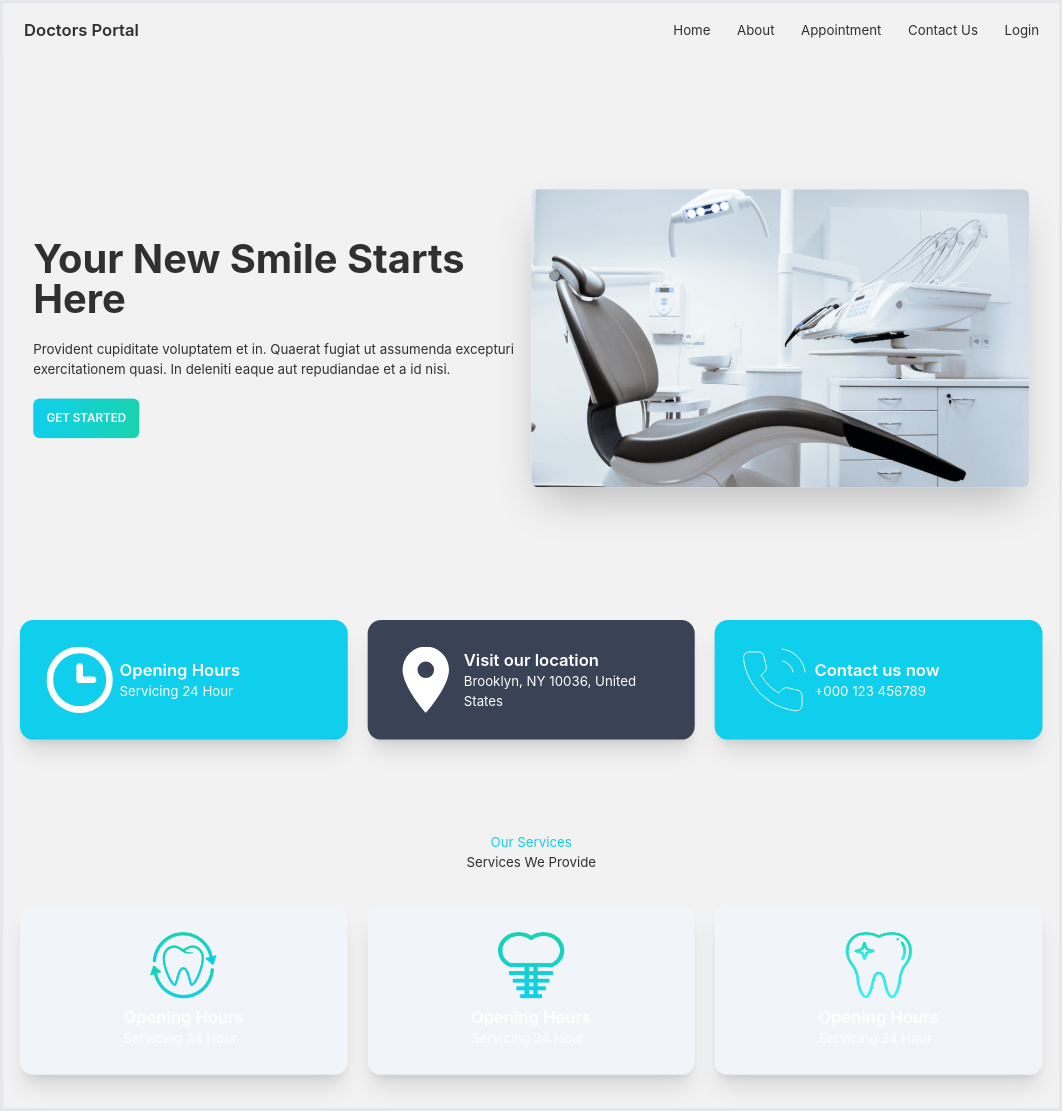
Repository: Samad77/Doctorportal-Client
Page: /
An editor plug-in stored every save of this project. The page is shown before and after the next save, followed by the edit.
The browser window is 1280 px wide. The pictures show the whole page, at 83% of full size.
The project was rebuilt for these pictures with package versions that can differ from the ones it lists, and the page was loaded fresh each time. Also part of the build but not shown: src/Pages/Login/Login.js.

Above is the page before, as saved 2022-11-12 12:45:54.

### src/App.js
import logo from './logo.svg';
import './App.css';
import {RouterProvider} from 'react-router-dom'
import router from './Layout/Routes/Routes';
import Cards from './Pages/Home/Cards/Cards';
function App() {
  return (
    <div className="App max-w-[1440px] mx-auto border-4">
      <RouterProvider router={router}>

      </RouterProvider>
    </div>
  );
}

export default App;

### src/Layout/Routes/Routes.js
import { createBrowserRouter } from "react-router-dom";
import Home from "../../Pages/Home/Home";
import Login from "../../Pages/Login/Login";
import Main from "../Main/Main";

const router = createBrowserRouter([
    {path : "/",
    element : <Main></Main>,
    children : [
        {path : '/', element : <Home></Home>,},
        {path: '/home', element : <Home></Home>},
        {path: '/login', element : <Login></Login>},
    ]
    }
])

export default router;

### src/Pages/Home/Cards/Cards.js
import React from 'react';
import img1 from '../../../assets/icons/clock.svg'
import img2 from '../../../assets/icons/marker.svg'
import img3 from '../../../assets/icons/phone.svg'
import img4 from '../../../assets/icons/quote.svg'

const Cards = () => {
    return (
        <section className='grid grid-cols-1 gap-6 md:grid-cols-2 lg:grid-cols-3 my-28'>
            <div className="card  bg-primary text-white shadow-xl">
                <div className="card-body flex flex-col items-center  lg:flex-row">
                    <div className=''>
                        <img src={img1} alt="" className='w-20 h-20'/>
                    </div>
                    <div className='text-left'>
                        <h2 className="card-title">Opening Hours</h2>
                        <p>Servicing 24 Hour</p>
                    </div>

                </div>
            </div>

            <div className="card  bg-neutral text-white shadow-xl">
                <div className="card-body flex flex-col items-center  lg:flex-row">
                    <div className=''>
                        <img src={img2} alt="" className='w-20 h-20'/>
                    </div>
                    <div className='text-left'>
                        <h2 className="card-title">Visit our location</h2>
                        <p>Brooklyn, NY 10036, United States</p>
                    </div>

                </div>
            </div>

            <div className="card  bg-primary text-white shadow-xl">
                <div className="card-body flex flex-col items-center  lg:flex-row">
                    <div className=''>
                        <img src={img3} alt="" className='w-20 h-20'/>
                    </div>
                    <div className='text-left'>
                        <h2 className="card-title">Contact us now</h2>
                        <p>+000 123 456789</p>
                    </div>

                </div>
            </div>
        </section>
    );
};

export default Cards;

### src/Pages/Home/Home.js
import React from 'react';
import Banner from './Banner/Banner';
import Cards from './Cards/Cards';
import Services from './Services/Services';

const Home = () => {
    return (
        <div className='mx-5'>
            <Banner></Banner>
            <Cards></Cards>
            <Services></Services>
        </div>
    );
};

export default Home;

### src/Layout/Main/Main.js
import React from 'react';
import Footer from '../../Pages/Shared/Footer/Footer';
import Navbar from '../../Pages/Shared/Navbar/Navbar';
import {Outlet} from 'react-router-dom'
const Main = () => {
    return (
        <div>
            <Navbar></Navbar>
                <Outlet></Outlet>
            <Footer></Footer>
        </div>
    );
};

export default Main;

### src/Pages/Home/Banner/Banner.js
import React from 'react';
import img1 from '../../../assets/images/chair.png'
const Banner = () => {
    return (
        <div className="hero bg-base-100 my-36">
            <div className="hero-content flex-col lg:flex-row-reverse">
                <img src={img1} className="w-1/2 rounded-lg shadow-2xl" />
                <div className='text-left'>
                <h1 className="text-5xl font-bold">Your New Smile Starts Here</h1>
                <p className="py-6">Provident cupiditate voluptatem et in. Quaerat fugiat ut assumenda excepturi exercitationem quasi. In deleniti eaque aut repudiandae et a id nisi.</p>
                <button className="btn btn-primary border-0 bg-gradient-to-r from-primary to-secondary text-white">Get Started</button>
                </div>
            </div>
        </div>
    );
};

export default Banner;

### src/Pages/Home/Services/Services.js
import React from 'react';
import img1 from '../../../assets/images/fluoride.png'
import img2 from '../../../assets/images/cavity.png'
import img3 from '../../../assets/images/whitening.png'
const Services = () => {
    const allServices = [
        {
            img : img1,
            name : "Fluoride Treatment",
            about : "Lorem Ipsum is simply dummy printing and typesetting indust Ipsum has been the"
        },
        {
            img : img2,
            name : "Cavity Filling",
            about : "Lorem Ipsum is simply dummy printing and typesetting indust Ipsum has been the"
        },
        {
            img : img3,
            name : "Teeth Whitening",
            about : "Lorem Ipsum is simply dummy printing and typesetting indust Ipsum has been the"
        },
    ]
    return (

        <section>

            <div className=''>
                <h1 className='text-primary'>Our Services</h1>
                <p>Services We Provide</p>
            </div>

            <div className='grid grid-cols-1 gap-6 md:grid-cols-2 lg:grid-cols-3'>

            {
                allServices.map( service => <Service key={service.name} service={service}></Service>)
            }
            </div>
        </section>

    );
};

const Service = ({service}) => {
    return (
        <div className="card  bg-primary text-white shadow-xl bg-slate-100 text-black my-10">
            <div className="card-body flex flex-col items-center  ">
                <div className=''>
                    <img src={service.img} alt="" className='w-20 h-20'/>
                </div>
                <div className='text-left'>
                    <h2 className="card-title">Opening Hours</h2>
                    <p>Servicing 24 Hour</p>
                </div>
            </div>
        </div>


    )
}
export default Services;

### src/Pages/Shared/Navbar/Navbar.js
import React from 'react';
import {Link} from 'react-router-dom'
const Navbar = () => {

    const menuItems =

    <React.Fragment>
        <li><Link to="/home">Home</Link></li>
        <li><Link to="/about">About</Link></li>
        <li><Link to="/appointment">Appointment</Link></li>
        <li><Link to="/contact">Contact Us</Link></li>
        <li><Link to="/login">Login</Link></li>
    </React.Fragment>

    return (
        <div className="navbar bg-base-100 flex justify-between">
  <div className="navbar-start">
    <div className="dropdown">
      <label tabIndex={0} className="btn btn-ghost lg:hidden">
        <svg xmlns="http://www.w3.org/2000/svg" className="h-5 w-5" fill="none" viewBox="0 0 24 24" stroke="currentColor"><path strokeLinecap="round" strokeLinejoin="round" strokeWidth="2" d="M4 6h16M4 12h8m-8 6h16" /></svg>
      </label>
      <ul tabIndex={0} className="menu menu-compact dropdown-content mt-3 p-2 shadow rounded-box w-52">
            {menuItems}
      </ul>
    </div>
    <Link to='/' className="btn btn-ghost normal-case text-xl">Doctors Portal</Link>
  </div>
  <div className="navbar-center hidden lg:flex">
    <ul className="menu menu-horizontal p-0">
        {menuItems}
    </ul>
  </div>

</div>
    );
};

export default Navbar;

### tailwind.config.js
/** @type {import('tailwindcss').Config} */
module.exports = {
  content: ["./src/**/*.{js,jsx,ts,tsx}"],
  theme: {
    extend: {},
  },
  daisyui : {
    themes : [

    {
      doctorThemes: {

primary: "#0FCFEC",

secondary: "#19D3AE",

neutral: "#3A4256",

"base-100": "#F2F2F2",

      },
    },
  ]
  },
  plugins: [require("daisyui")],
}

Loaded but not shown: public/index.html (common file); src/index.js (common file); src/index.css (common file); src/reportWebVitals.js (common file); src/App.css (common file); src/Pages/Shared/Footer/Footer.js (common file)

After the next save:
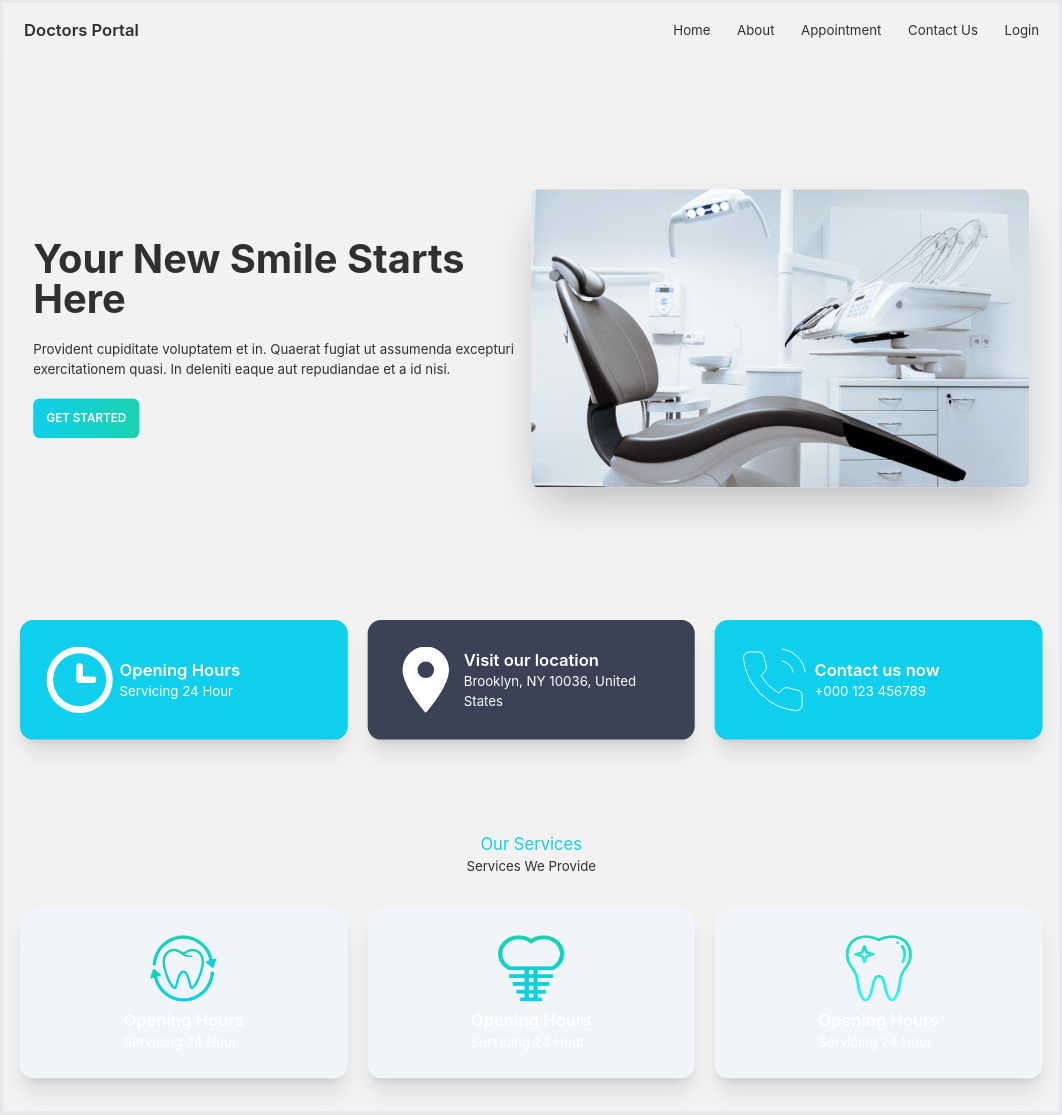
Saved 5 s later.
--- a/src/Pages/Home/Services/Services.js
+++ b/src/Pages/Home/Services/Services.js
@@ -25,7 +25,7 @@
         <section>
 
             <div className=''>
-                <h1 className='text-primary'>Our Services</h1>
+                <h1 className='text-primary text-xl'>Our Services</h1>
                 <p>Services We Provide</p>
             </div>
 

After the save that followed:
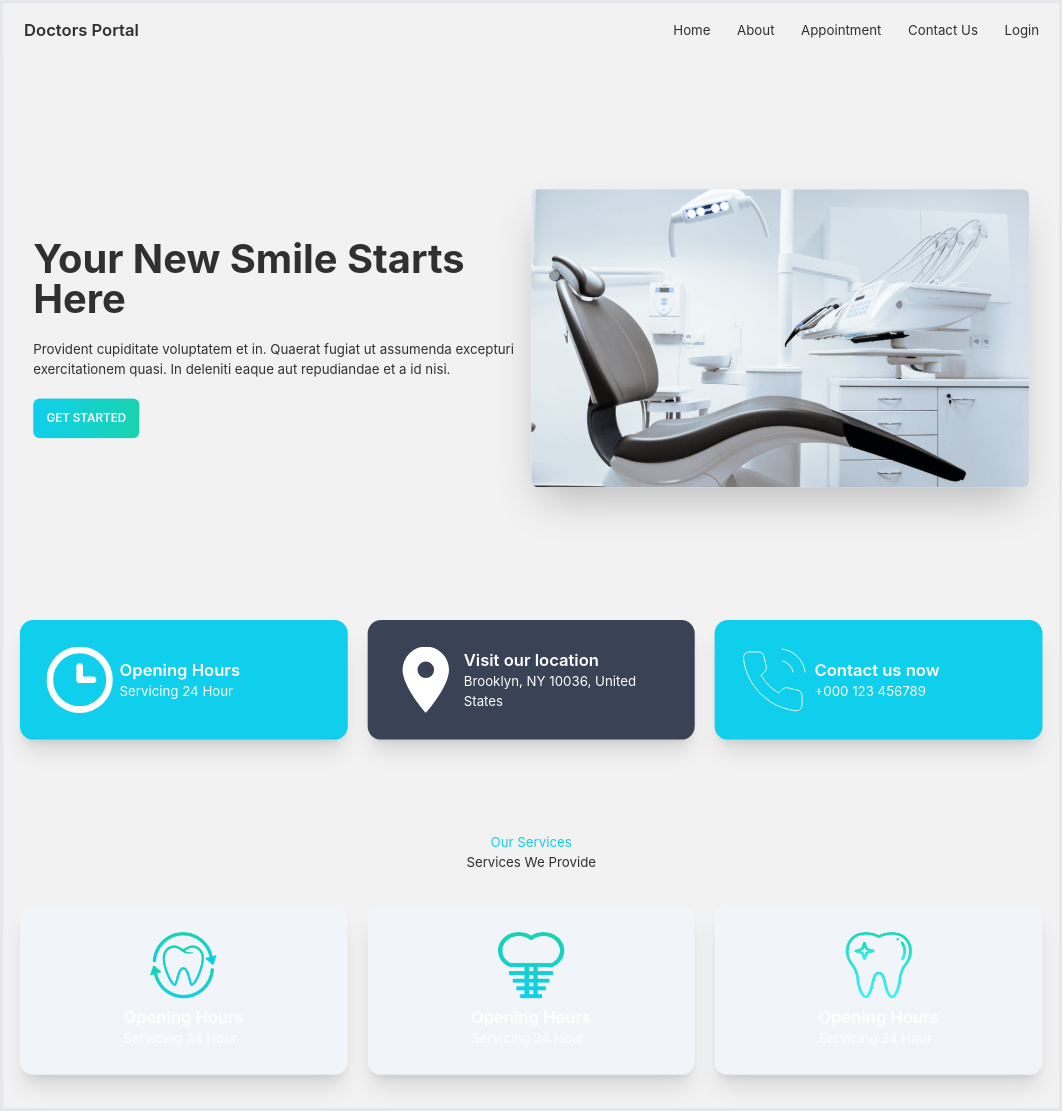
Saved 6 s later.
--- a/src/Pages/Home/Services/Services.js
+++ b/src/Pages/Home/Services/Services.js
@@ -25,7 +25,7 @@
         <section>
 
             <div className=''>
-                <h1 className='text-primary text-xl'>Our Services</h1>
+                <h1 className='text-primary text-md'>Our Services</h1>
                 <p>Services We Provide</p>
             </div>
 
